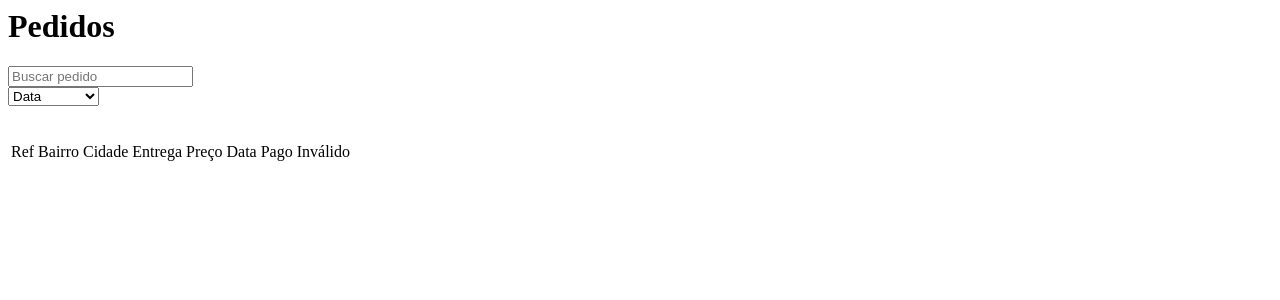
Repository: organicos/organicos.github.io
Page: partials/users/orders.html
The author's editor kept a record of every edit. The page is drawn from the files as they stood at one moment, then again after the next edit.
The browser window is 1280 px wide. The pictures show the whole page.

Above is the page before.

After the next edit:
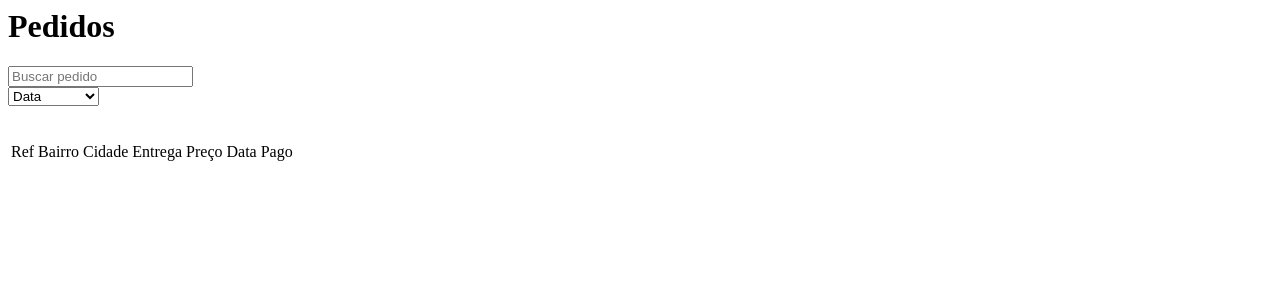
The edit:
--- a/partials/users/orders.html
+++ b/partials/users/orders.html
@@ -33,7 +33,6 @@
                     <td>Preço</td>
                     <td>Data</td>
                     <td>Pago</td>
-                    <td>Inválido</td>
                 </tr>
             </thead>
             <tbody>
